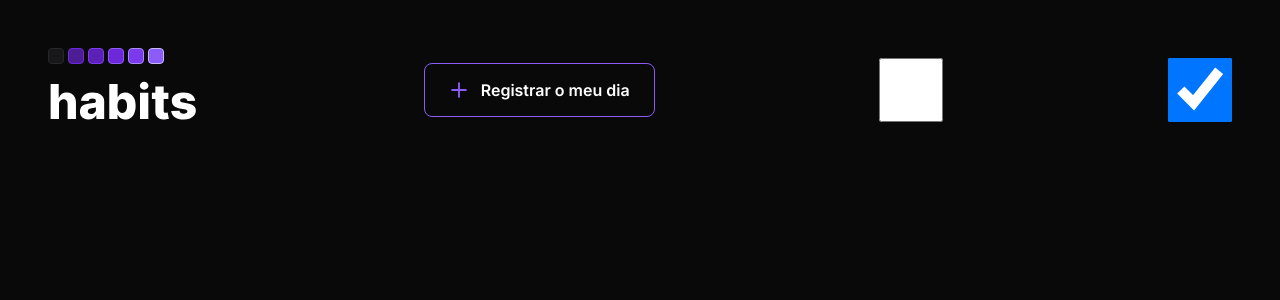
Repository: AntonyCosta/nlw-setup
Page: index.html
An editor plug-in stored every save of this project. The page is shown before and after a run of saves, followed by the edit.
The browser window is 1280 px wide. The pictures show the whole page.

Above is the page before, as saved 2023-01-18 03:37:46.

### index.html
<!DOCTYPE html>
<html lang="pt-br">
  <head>
    <meta charset="UTF-8" />
    <meta http-equiv="X-UA-Compatible" content="IE=edge" />
    <meta name="viewport" content="width=device-width, initial-scale=1.0" />
    <link rel="preconnect" href="https://fonts.googleapis.com" />
    <link rel="preconnect" href="https://fonts.gstatic.com" crossorigin />
    <link
      href="https://fonts.googleapis.com/css2?family=Inter:wght@600&display=swap"
      rel="stylesheet"
    />
    <link rel="stylesheet" href="style.css" />
    <title>Habits</title>
  </head>
  <body>
    <header>
      <img src="./assets/logo.svg" alt="" />
      <button>
        <img src="./assets/plus.svg" alt="" />
        Registrar o meu dia
      </button>

      <input type="checkbox" />
      <input type="checkbox" checked />
    </header>
  </body>
</html>

### style.css
* {
  margin: 0;
  padding: 0;
  box-sizing: border-box;
}

body {
  background-color: #09090a;
  color: white;

  /* display: grid;
  place-items: center; */

  height: 100vh;
}

header {
  display: flex;
  align-items: center;
  justify-content: space-between;

  padding: 48px;
}

button {
  padding: 16px 24px;
  border: 1px solid #8b5cf6;
  border-radius: 8px;
  background: transparent;
  color: #ffffff;

  display: flex;
  align-items: center;
  gap: 12px;

  font-family: "Inter", arial, sans-serif;
  font-weight: 600;
  font-size: 16px;
  line-height: 125%;
}

input {
  width: 64px;
  height: 64px;

  border: 2px solid #a78bfa;
  border-radius: 8px;
}

After the next 2 saves:
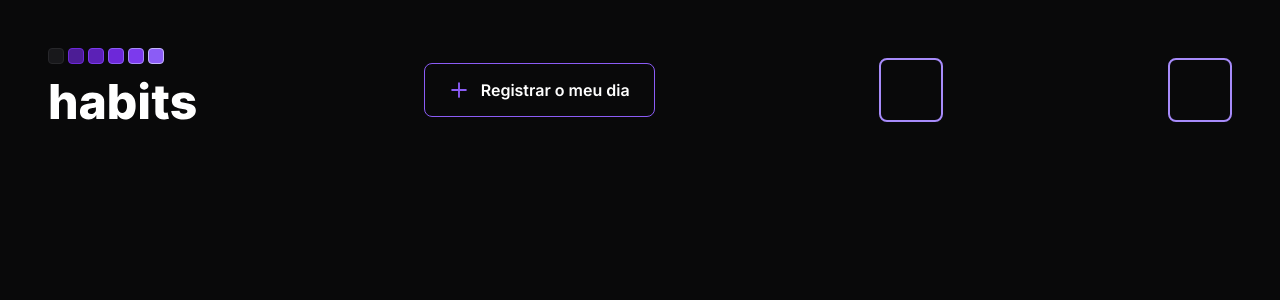
The 2 saves are shown as one change because they came seconds apart.
The last was saved 29 s later.
--- a/style.css
+++ b/style.css
@@ -40,6 +40,8 @@ button {
 }
 
 input {
+  appearance: none;
+
   width: 64px;
   height: 64px;
 
